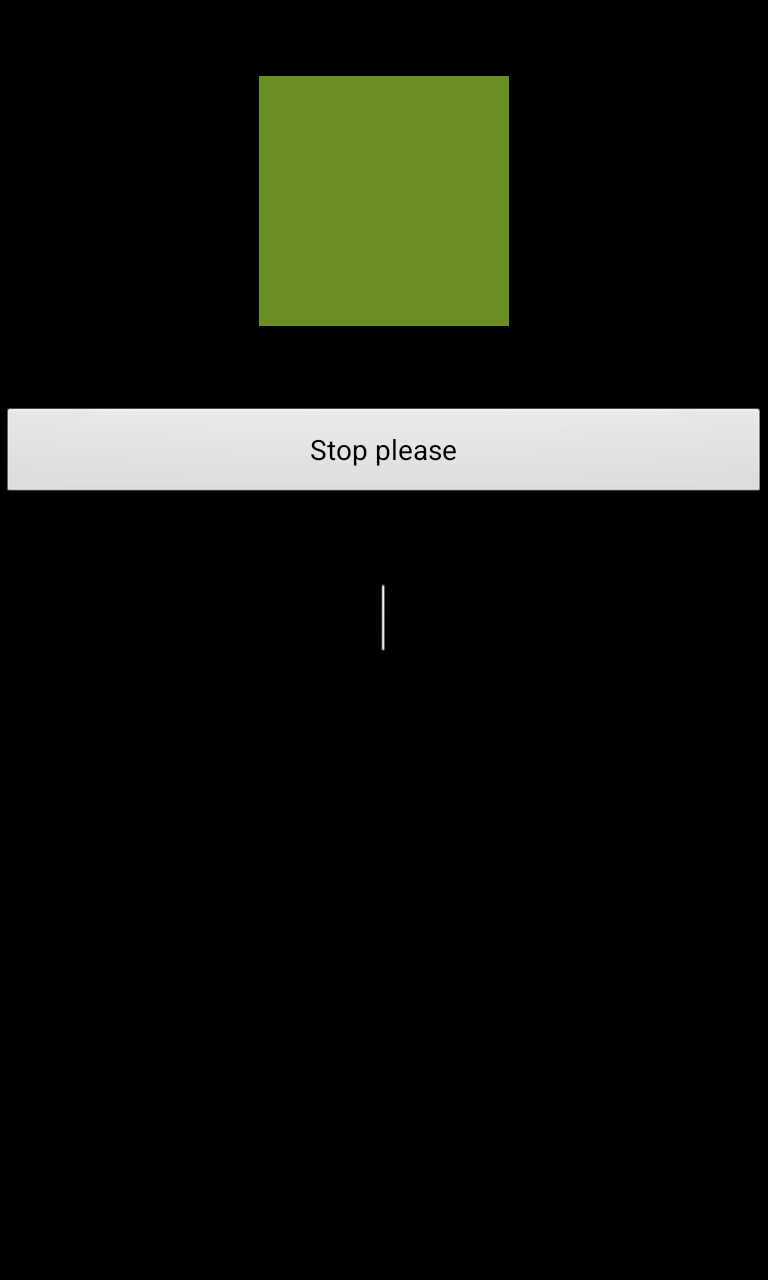
Repository: L8/open_robot
Layout: Android/TouchRobot/res/layout/main.xml
The author's editor kept a copy of each file at every save. The layout is drawn from the files as they stood at one save, then again after the next save.
It is drawn on a 768 x 1280 px phone screen (xhdpi) without system bars, with theme android:Theme; the app's code is not run.

Above is the layout before, as saved 2010-10-17 21:21:19.

### Android/TouchRobot/res/layout/main.xml
<LinearLayout xmlns:android="http://schemas.android.com/apk/res/android"
    android:orientation="vertical"
    android:layout_width="fill_parent"
    android:layout_height="fill_parent"
    android:gravity="center_horizontal"

    >


    <TextView  android:id="@+id/x_position_textview"
        android:layout_width="fill_parent"
        android:layout_height="wrap_content"

        android:gravity="center_horizontal"
        android:paddingRight="25px"
   		android:paddingLeft="25px"
        />

    <TextView   android:id="@+id/y_position_textview"
        android:layout_width="fill_parent"
        android:layout_height="wrap_content"

        android:gravity="center_horizontal"
        android:paddingRight="25px"
   		android:paddingLeft="25px"
        />



    <FrameLayout android:id="@+id/main_view"
  		xmlns:android="http://schemas.android.com/apk/res/android"
  		android:background="#6B8E23"
  		android:gravity="center_vertical"
  		android:layout_width="250px"
  		android:layout_height="250px"/>

  	<FrameLayout android:id="@+id/spacer_view"
  		xmlns:android="http://schemas.android.com/apk/res/android"
  		android:background="#FF000000"
  		android:gravity="center_vertical"
  		android:layout_width="15px"
  		android:layout_height="80px"
  		android:visibility="invisible"/>

  	<Button android:id="@+id/kill_button"
    android:layout_width="fill_parent"
    android:layout_height="wrap_content"
    android:layout_alignParentBottom="true"
    android:text="Stop please" />

    <FrameLayout android:id="@+id/spacer_view"
  		xmlns:android="http://schemas.android.com/apk/res/android"
  		android:background="#FF000000"
  		android:gravity="center_vertical"
  		android:layout_width="15px"
  		android:layout_height="80px"
  		android:visibility="invisible"/>

  	<Button android:id="@+id/kill_button"
    android:layout_width="15px"
  	android:layout_height="80px"
    android:layout_alignParentBottom="true"
    android:text="Stop please" />

</LinearLayout>

After the next save:
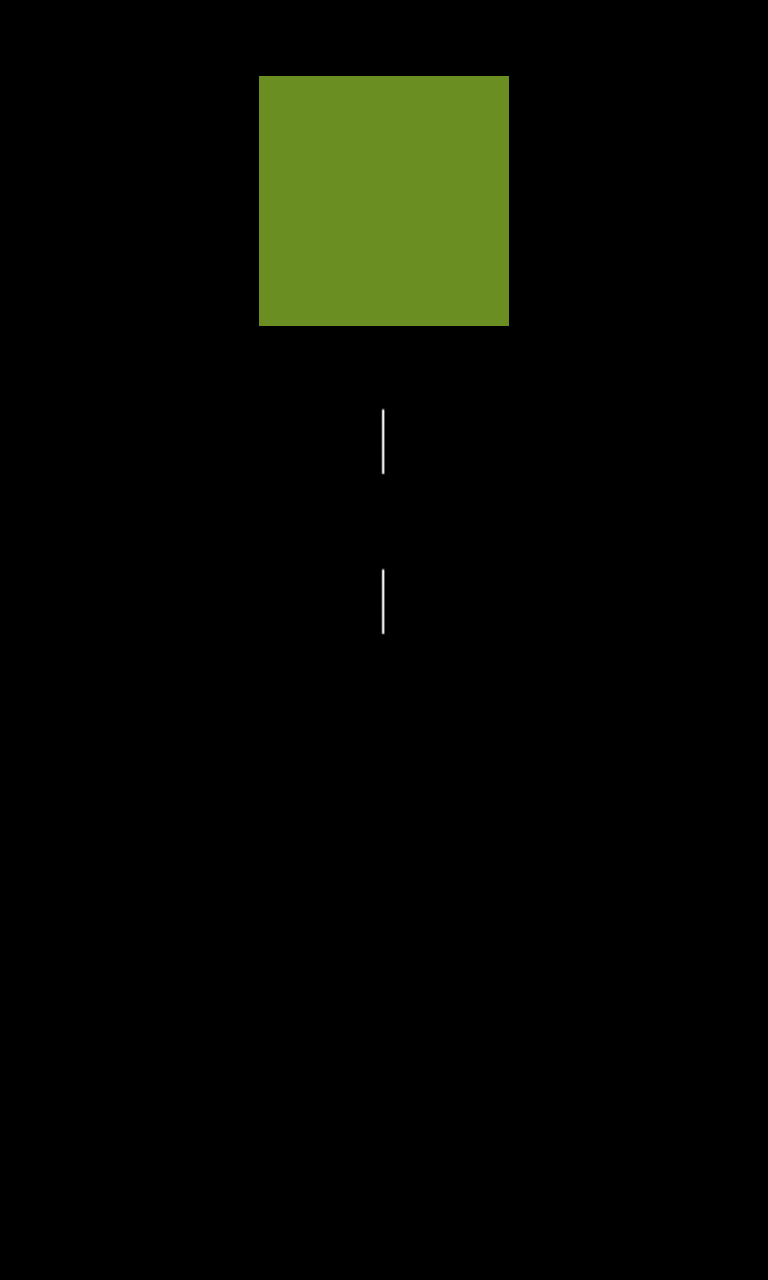
Saved 13 s later.
--- a/Android/TouchRobot/res/layout/main.xml
+++ b/Android/TouchRobot/res/layout/main.xml
@@ -43,8 +43,8 @@
   		android:visibility="invisible"/>
 
   	<Button android:id="@+id/kill_button"
-    android:layout_width="fill_parent"
-    android:layout_height="wrap_content"
+    android:layout_width="15px"
+  	android:layout_height="80px"
     android:layout_alignParentBottom="true"
     android:text="Stop please" />
 
